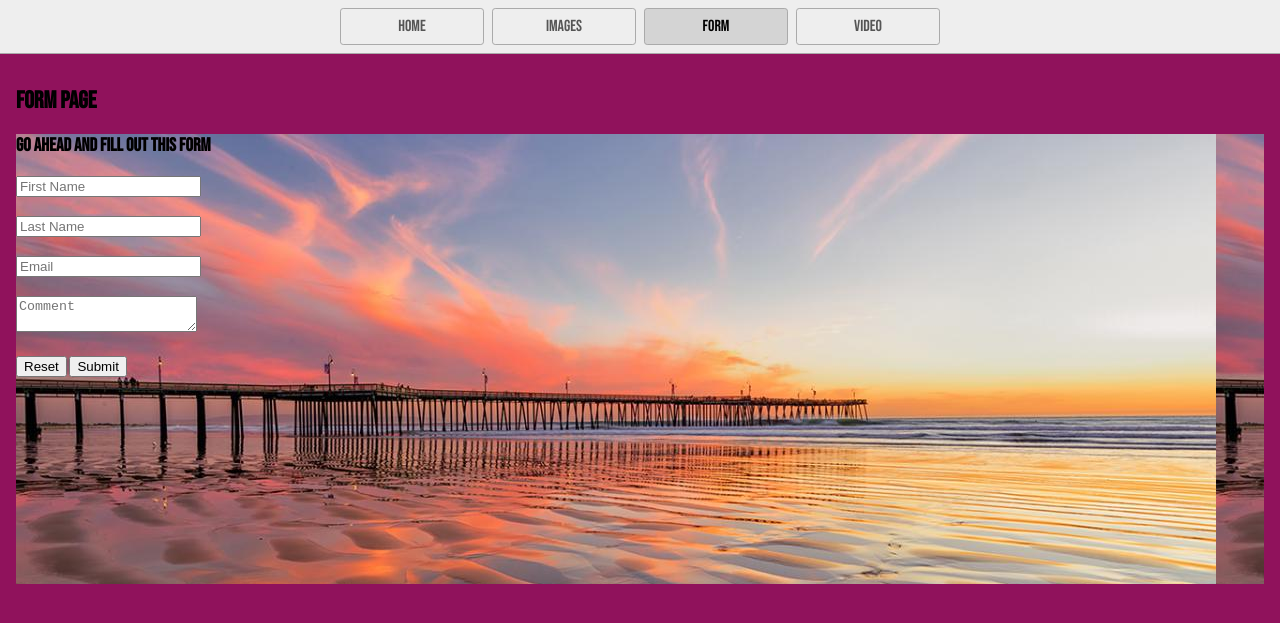
Repository: sebas6292/palmTree-Final
Page: Form.html
These files come from the project's save history. The page is drawn as it stood at one moment and after the next save; the edit follows.
The browser window is 1280 px wide. The pictures show the whole page.

Above is the page before, as saved 2023-05-28 12:19:29.

After the next save:
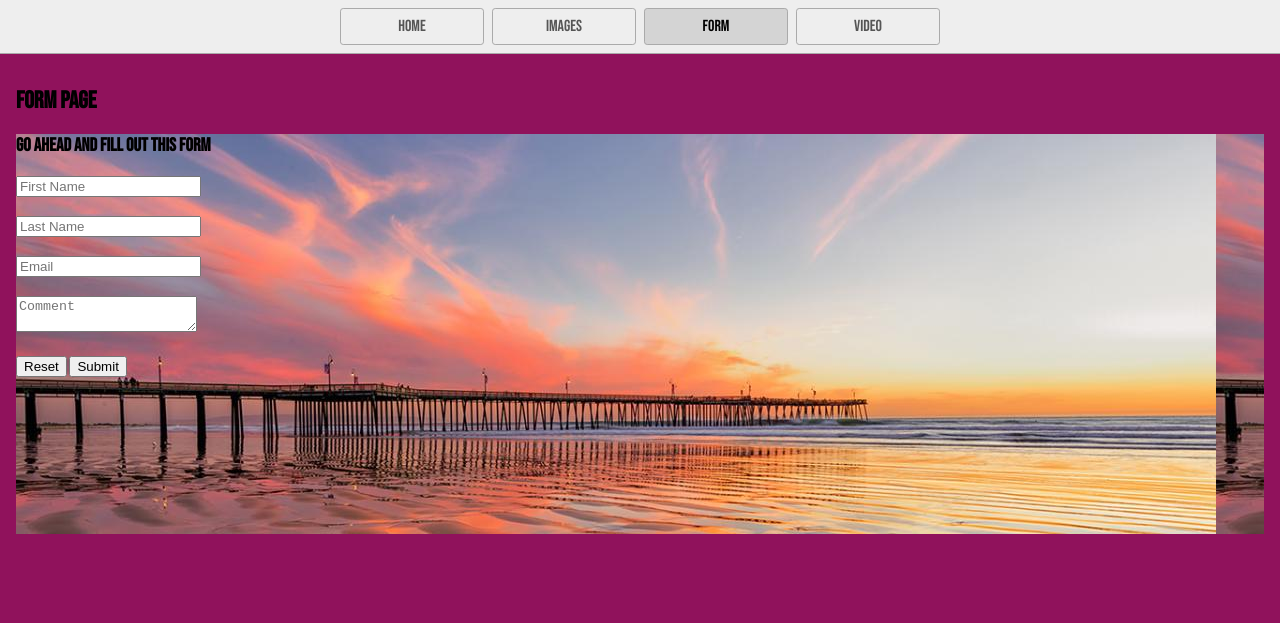
Saved 9 s later.
--- a/styles.css
+++ b/styles.css
@@ -58,7 +58,7 @@
 
   .bg-img {
     background-image: url('/Assets/pier2.jpeg');
-    height: 450px;
+    height: 400px;
   }
 
   .btn:hover {
